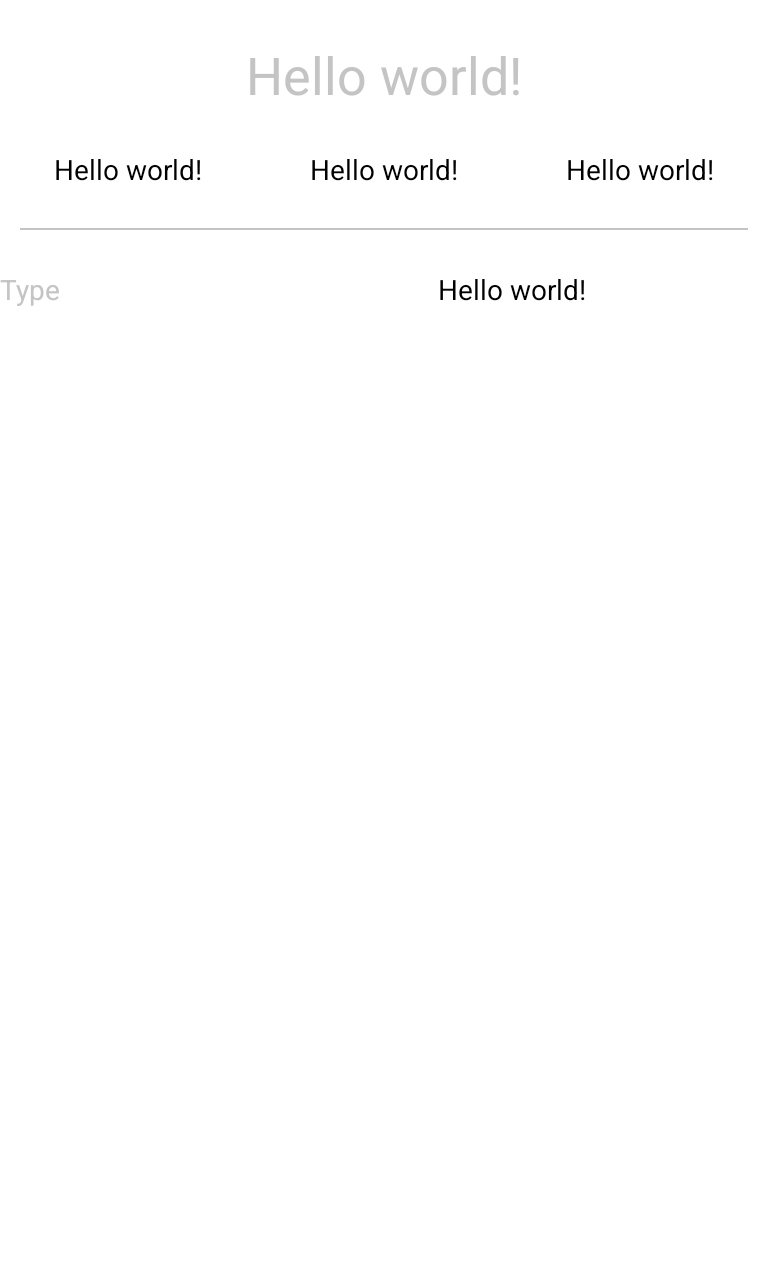
Repository: colincove/IAT381-Android
Layout: ColinCove_Assignment02/res/layout/activity_sensor_info.xml
An editor plug-in stored every save of this project. The layout is shown before and after the next save, followed by the edit.
It is drawn on a 768 x 1280 px phone screen (xhdpi) without system bars, with theme AppTheme; the app's code is not run.

Above is the layout before, as saved 2013-10-04 19:05:17.

### ColinCove_Assignment02/res/layout/activity_sensor_info.xml
<?xml version="1.0" encoding="utf-8"?>
<TableLayout xmlns:android="http://schemas.android.com/apk/res/android"
    android:id="@id/sensor_display_layout"
    android:layout_width="fill_parent"
    android:layout_height="fill_parent"
    android:orientation="vertical"
    android:shrinkColumns="*"
    android:stretchColumns="*" >

    <TableRow
        android:layout_width="wrap_content"
        android:layout_height="wrap_content" >

        <TextView
            android:layout_width="wrap_content"
            android:layout_height="wrap_content"
            android:layout_marginBottom="20dip"
            android:layout_marginTop="20dip"
            android:layout_span="3"
            android:gravity="center"
            android:text="@string/hello_world"
            android:textColor="@color/low_contrast"
            android:textSize="26sp" />
    </TableRow>

    <TableRow
        android:layout_width="fill_parent"
        android:layout_height="wrap_content" >

        <TextView
            android:layout_width="wrap_content"
            android:layout_height="wrap_content"
            android:layout_span="1"
            android:gravity="center"
            android:text="@string/hello_world"
            android:textColor="@color/heigh_contrast" />

        <TextView
            android:layout_width="wrap_content"
            android:layout_height="wrap_content"
            android:layout_span="1"
            android:gravity="center"
            android:text="@string/hello_world"
            android:textColor="@color/heigh_contrast" />

        <TextView
            android:layout_width="wrap_content"
            android:layout_height="wrap_content"
            android:layout_span="1"
            android:gravity="center"
            android:text="@string/hello_world"
            android:textColor="@color/heigh_contrast" />
    </TableRow>

    <View
        android:layout_height="1dip"
        android:layout_marginBottom="20dip"
        android:layout_marginLeft="10dip"
        android:layout_marginRight="10dip"
        android:layout_marginTop="20dip"
        android:background="@color/low_contrast" />

     <TableRow
        android:layout_width="fill_parent"
        android:layout_height="wrap_content" >

        <TextView
            android:layout_width="wrap_content"
            android:layout_height="wrap_content"
            android:layout_span="1"
            android:gravity="left"
            android:text="@string/type_title"
            android:textColor="@color/low_contrast" />

        <TextView
            android:layout_width="wrap_content"
            android:layout_height="wrap_content"
            android:layout_span="2"
            android:gravity="center"
            android:text="@string/hello_world"
            android:textColor="@color/heigh_contrast" />

    </TableRow>

</TableLayout>

### ColinCove_Assignment02/res/values/strings.xml
<?xml version="1.0" encoding="utf-8"?>
<resources>

    <string name="app_name">ColinCove_Assignment02</string>
    <string name="action_settings">Settings</string>
    <string name="hello_world">Hello world!</string>
    <string name="test_btn">My Test Button</string>
    <!-- Sensor Info Titles -->
    <string name="resolution_title">Sensor Resolution</string>
    <string name="max_range_title">Max Range</string>
    <string name="min_delay_title">Min Range</string>
    <string name="power_title">Power</string>
<string name="type_title">Type</string>
<string name="vendor_title">Vendor</string>
<string name="version_title">Version</string>
</resources>

### ColinCove_Assignment02/res/values/colors.xml
<?xml version="1.0" encoding="utf-8"?>
<resources>
    <color name="low_contrast" >#c4c4c4</color>
    <color name="heigh_contrast" >#000000</color>
</resources>

Loaded but not shown: ColinCove_Assignment02/res/values/styles.xml (common file); ColinCove_Assignment02/res/values-v11/styles.xml (common file); ColinCove_Assignment02/res/values-v14/styles.xml (common file)

After the next save:
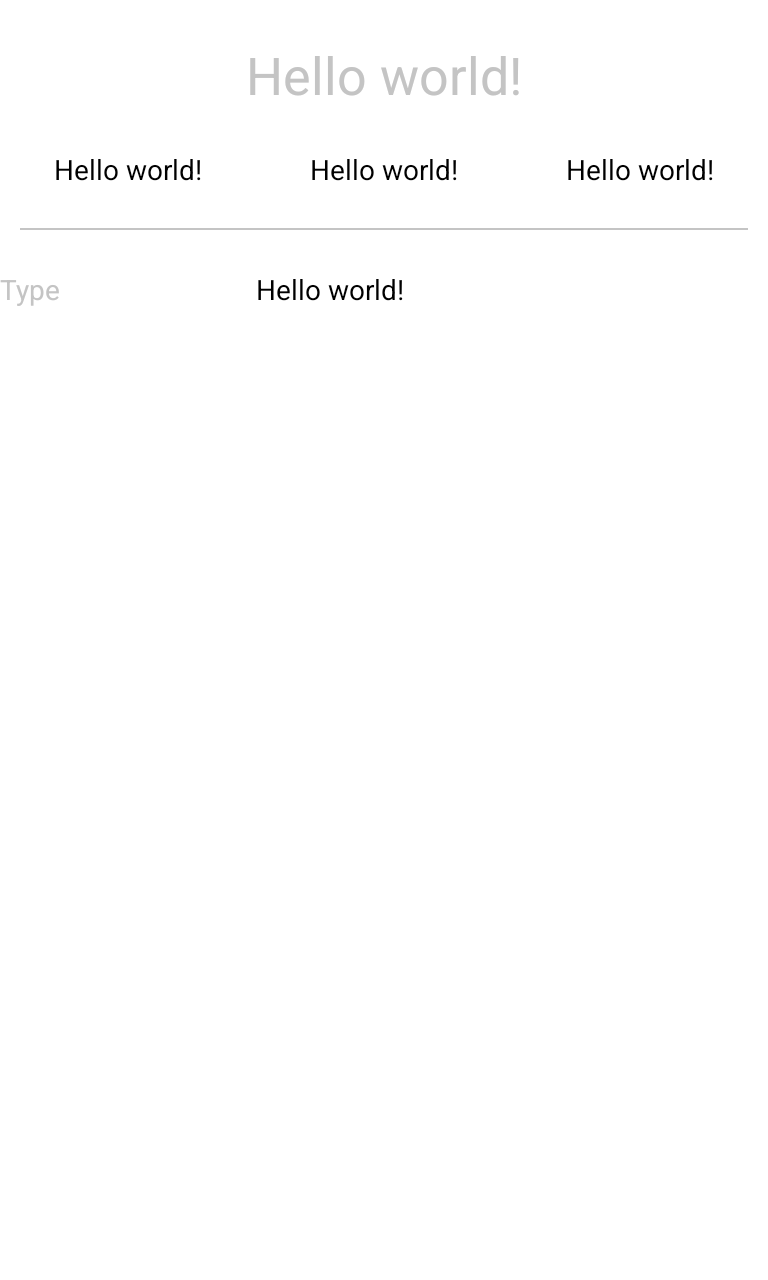
Saved 20 s later.
--- a/ColinCove_Assignment02/res/layout/activity_sensor_info.xml
+++ b/ColinCove_Assignment02/res/layout/activity_sensor_info.xml
@@ -76,7 +76,7 @@
             android:layout_width="wrap_content"
             android:layout_height="wrap_content"
             android:layout_span="2"
-            android:gravity="center"
+            android:gravity="left"
             android:text="@string/hello_world"
             android:textColor="@color/heigh_contrast" />
 
